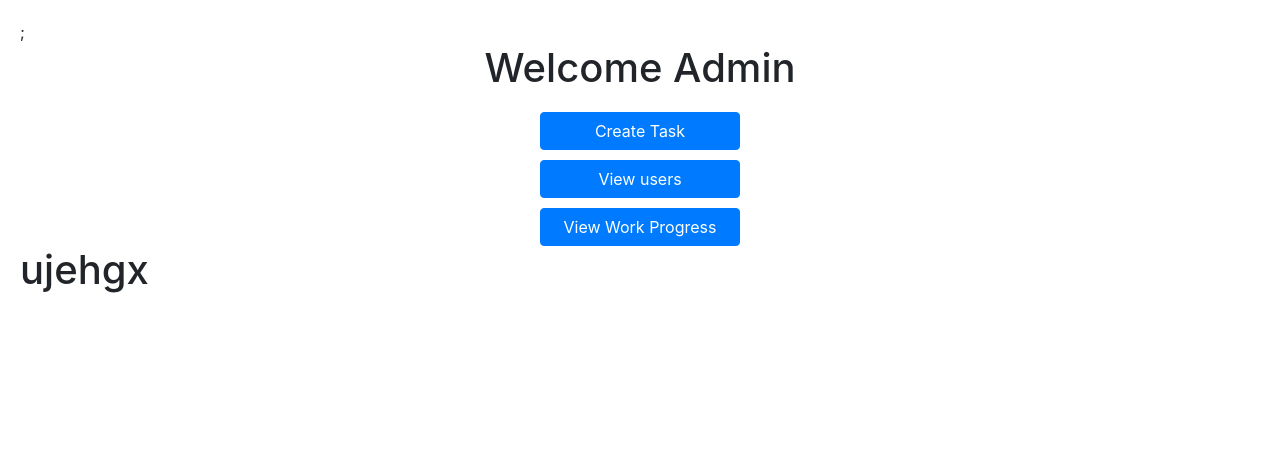
Repository: neha-rouniyar/taskmgmt
Page: http://localhost/admin/view-users
These files come from the project's save history. The page is drawn as it stood at one moment and after the next save; the edit follows.
The browser window is 1280 px wide. The pictures show the whole page.
Some web libraries are served in a nearby version. The page is served by the project's Laravel application, run on PHP 8.4 with Laravel 10.

Above is the page before, as saved 2023-12-11 14:55:41.

After the next save:
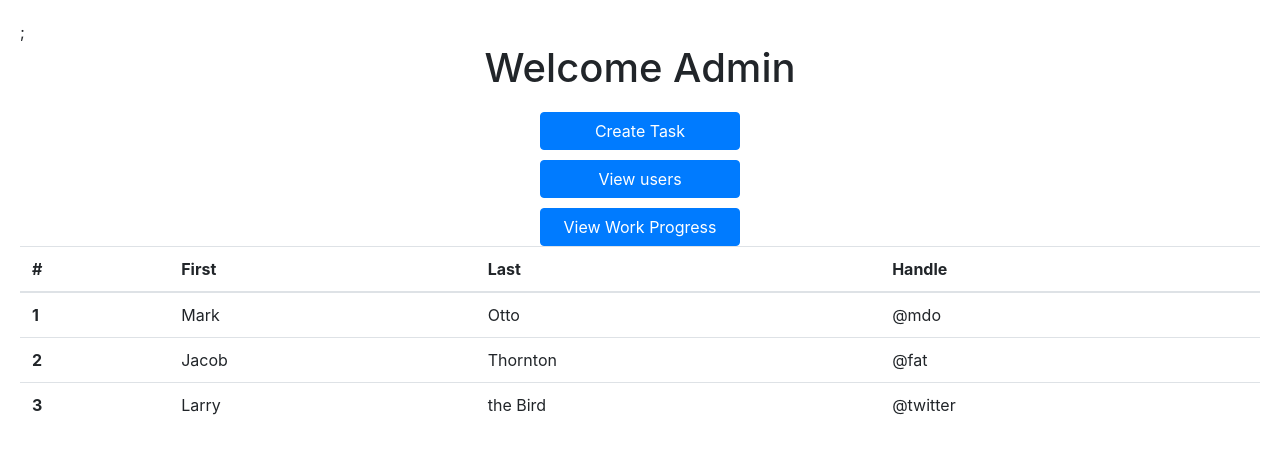
Saved 78 s later.
--- a/resources/views/admin/viewUsers.blade.php
+++ b/resources/views/admin/viewUsers.blade.php
@@ -1,6 +1,35 @@
 @extends('admin.dashboard');
 @section('admin-content')
 
-<h1>ujehgx  </h1>
+<table class="table">
+    <thead>
+      <tr>
+        <th scope="col">#</th>
+        <th scope="col">First</th>
+        <th scope="col">Last</th>
+        <th scope="col">Handle</th>
+      </tr>
+    </thead>
+    <tbody>
+      <tr>
+        <th scope="row">1</th>
+        <td>Mark</td>
+        <td>Otto</td>
+        <td>@mdo</td>
+      </tr>
+      <tr>
+        <th scope="row">2</th>
+        <td>Jacob</td>
+        <td>Thornton</td>
+        <td>@fat</td>
+      </tr>
+      <tr>
+        <th scope="row">3</th>
+        <td>Larry</td>
+        <td>the Bird</td>
+        <td>@twitter</td>
+      </tr>
+    </tbody>
+  </table>
 
 @endsection
